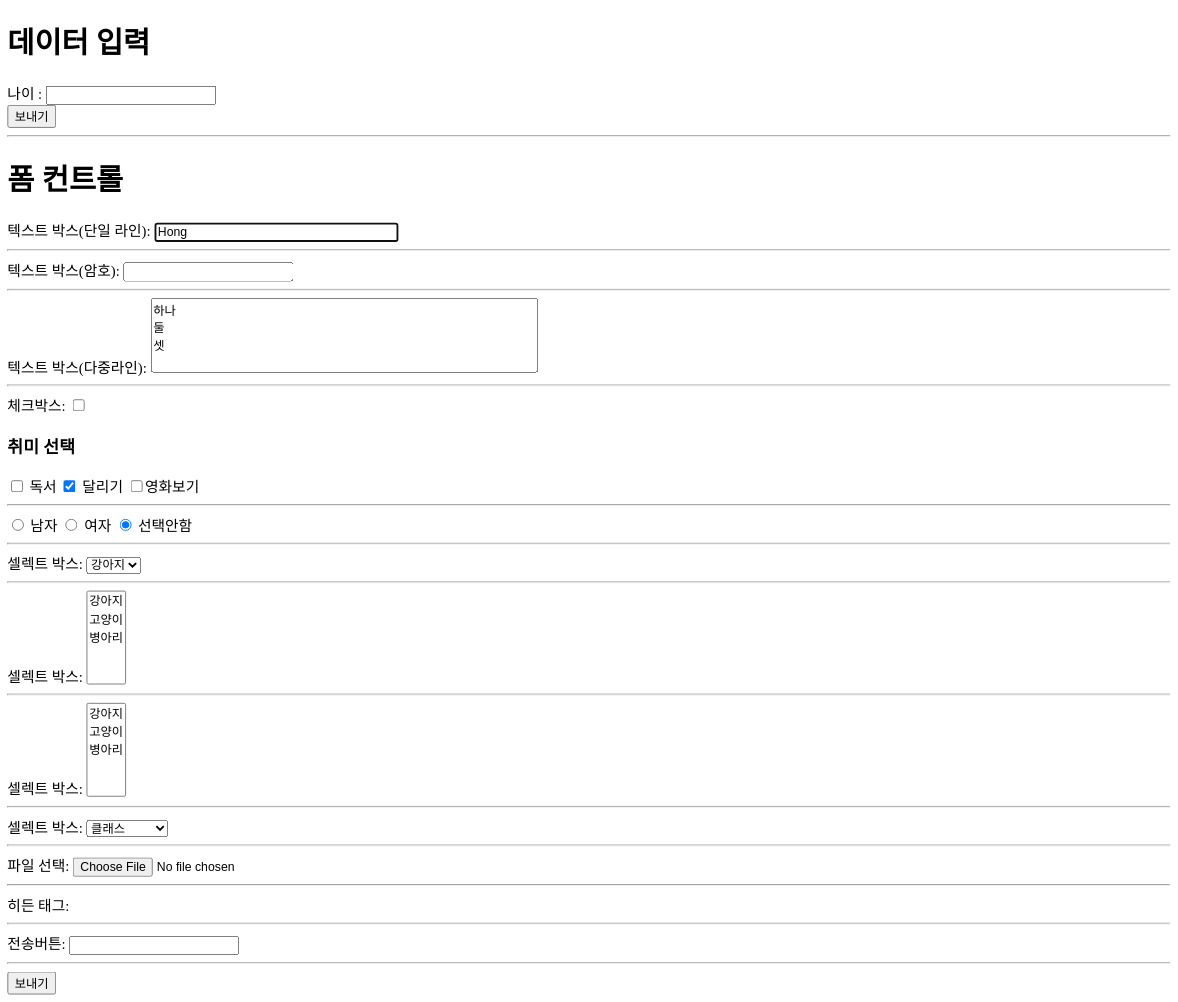
Repository: seula123/Front-End
Page: ClientTest/src/main/webapp/html/ex18_form.html
The author's editor kept a copy of each file at every save. The page is drawn from the files as they stood at one save, then again after the next save.
The browser window is 1280 px wide. The pictures show the whole page, at 92% of full size.

Above is the page before, as saved 2023-09-21 07:28:29.

### ClientTest/src/main/webapp/html/ex18_form.html
<!DOCTYPE html>
<html>
<head>
<meta charset="UTF-8">
<title>Insert title here</title>
</head>
<body>
   <!-- ex18_form.html -->

   <!--

      폼, Form
      - 입력 양식, 입력 컨트롤
      - 클라이언트(사용자)로부터 입력장치(키보드, 마우스, 터치 등)을 통해서 데이터를 입력받는 역할
      - 입력 데이터 > 서버로 전송 > 업무 활용 or 데이터베이스 저장 등..
         ex) 텍스트 박스, 버튼, 체크 박스, 라디오 버튼 등..
      - <form> + <form>의 자식 태그들..

      <form>
      - 모든 입력 컨트롤을 감싸는 컨테이너
      - 스스로는 랜더링 결과가 없다.(출력x)
      - 입력한 값을 서버로 전송하는 역할(******)

      form.method
      - 데이터를 전송하는 방식
      - 택배(일반 택배 | 등기 우편)
      1. POST
         - ex18_server.jsp
         - 데이터를 상자안에 담아서 전송
         - 데이터가 노출 되지 않아 보안이 괜찮음
         - 전송하는 데이터의 최대 길이 제한 > 무제한

      2. GET
         - ex18_server.jsp?age=27
         - 데이터를 송장에 붙여서 전송
         - 전송하는 데이터가 주소창에 노출돼서 보안이 좋지 않음
         - 전송하는 데이터의 최대 길이 제한 > 256자 > 8,000 바이트
         - 긴 데이터는 전송X


      form.action
      - 데이터를 수신하는 서버측 URL
      - 받는 사람 주소
      - 서버측 동작하고 있는 프로그램 주소 > JSP, Servlet, Spring 주소

   -->

   <h1>데이터 입력</h1>

   <form method="GET" action="ex18_server.jsp">
      나이 : <input type="text" name="age">
      <br>
      <input type="submit" value="보내기">
   </form>


   <hr>


   <h1>폼 컨트롤</h1>

   <form method="POST" action="ex18_server.jsp">


   <!--
      <input>
      - 인라인 태그
      - 단독 태그
      - input.type: 입력 컨트롤 종류 지정
      - input.name: 식별자. HTML에서 사용. 서버측과 연동할 때 사용
      - input.id : 식별자. CSS, JavaScript에서 사용
      - input.class: 식별자. CSS, JavaScript에서 사용
      - input.size: 길이(문자 개수)
      - input.maxlength: 최대 입력 길이(글자수) + 유효성 검사
      - input.value: 컨트롤의 입력값(현재 입력값)
      - input.readonly: 읽기 전용(전원 ON) > 서버로 전송이 가능
      - input.disabled: 비활성화(전원 OFF) > 서버로 전송이 불가능
      - input.accesskey: 바로가기(Alt + 설정한 키)
      - input.autofocus: 자동 포커스
      - input.autocomplete: 자동 완성 끄기
   -->

      텍스트 박스(단일 라인):
      <input type="text" name="txt1" id="txt1" class="txt" size="30"
       value="Hong" accesskey="s" autofocus autocomplete="off">

   <hr>

   <!--
      암호 상자, Password Box, Masked Text Box
      - 모든 속성이 텍스트 박스와 동일
      - value 속성은 사용 금지!!
   -->

      텍스트 박스(암호):
      <input type="password">

   <hr>

   <!--
      텍스트 박스(다중라인)
      - <textarea> - 쌍태그
      - 대부분의 속성은 텍스트 박스와 유사
      - maxlength 속성이 없다. > 많은 양의 텍스트를 입력받는 컨트롤
      - value 속성이 없다.
      - size 대신 cols, rows로 크기 지정
   -->

   텍스트 박스(다중라인):
   <textarea cols="50" rows="5" style="resize:none;">
하나
둘
셋
   </textarea>

   <hr>

   <!--
      체크박스
      - 논리값 입력 > 선택을 했느냐 안했느냐
   -->
   체크박스:
   <input type="checkbox">

   <h3>취미 선택</h3>
   <input type="checkbox" id="cb1"> <label for="cb1">독서</label>
   <input type="checkbox" id="cb2" checked> <label for="cb2">달리기</label>
   <label><input type="checkbox">영화보기</label>

   <hr>

   <!--
      라디오 버튼
      - 체크 박스와 유사
   -->

   <input type="radio" name="rbGender"> 남자
   <input type="radio" name="rbGender"> 여자
   <input type="radio" name="rbGender" checked> 선택안함


   <hr>

   <!--

      셀렉트 박스
      - 콤보 박스(Combo)
      - 드랍 다운 리스트(DropDown List)
      - 단일 선택 컨트롤
      - 다중 선택 컨트롤도 가능(multiple 옵션)
   -->

   셀렉트 박스:
   <select>
      <option>강아지</option>
      <option>고양이</option>
      <option>병아리</option>
   </select>

   <hr>

   셀렉트 박스:
   <select size="5">
      <option>강아지</option>
      <option>고양이</option>
      <option>병아리</option>
   </select>

   <hr>

   셀렉트 박스:
   <select size="5" multiple>
      <option>강아지</option>
      <option>고양이</option>
      <option>병아리</option>
   </select>

   <hr>

   셀렉트 박스:
   <select>
      <optgroup label="자바">
         <!-- <option>◎자바◎</option> -->
         <option>클래스</option>
         <option>메소드</option>
         <option>배열</option>
      </optgroup>

      <optgroup label="오라클">
         <!-- <option>◎오라클◎</option> -->
         <option>테이블</option>
         <option>서브쿼리</option>
         <option>조인</option>
         <option>프로시저</option>
      </optgroup>

      <optgroup label="HTML">
         <!-- <option>◎HTML◎</option> -->
         <option>태그</option>
         <option>엔티티</option>
         <option>PCDATA</option>
      </optgroup>
   </select>

   <hr>

   <!--
      파일 업로드
      - 첨부 파일
      - 열기 대화 상자(Open File Dialog Box) 호출
   -->

   파일 선택:
   <input type="file">

   <hr>

   <!-- 히든 태그
 	- 눈에 보이지 않음
 	- 개발자용
 	- 서버로 보낼 데이터 > 사용자에게 보이고 싶지 않은 경우
 	- 눈에 안보이는 텍스트 박스
  -->
   히든 태그:
   <input type="hidden" name = "txtName" value = "홍길동">
   <hr>

   <!--

   	버튼ㅇ들

    -->
   전송버튼: <input type "submit">



   <hr>
   <input type="submit" value="보내기">


   </form>

</body>
</html>

After the next save:
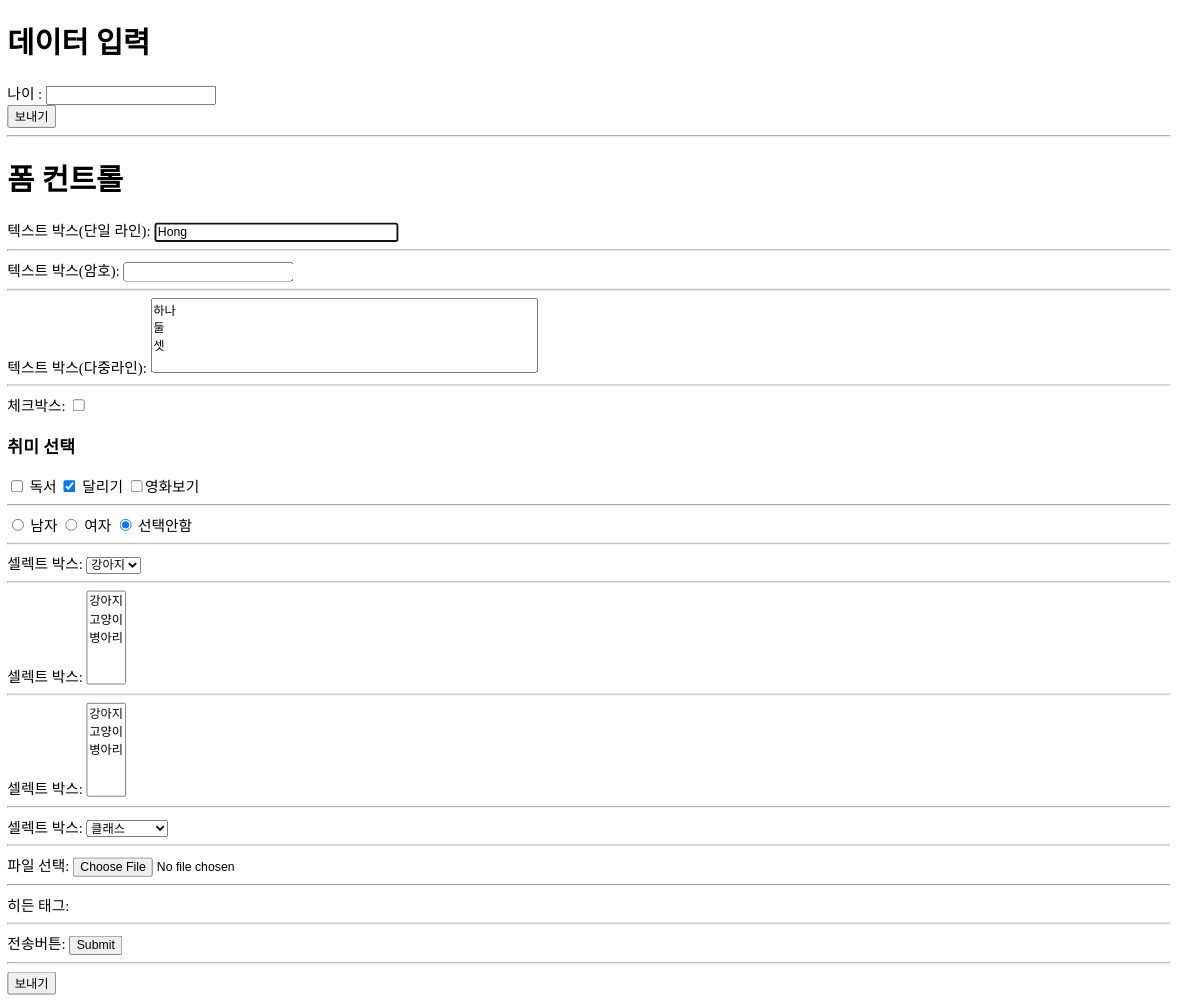
Saved 34 s later.
--- a/ClientTest/src/main/webapp/html/ex18_form.html
+++ b/ClientTest/src/main/webapp/html/ex18_form.html
@@ -230,7 +230,8 @@
    	버튼ㅇ들
 
     -->
-   전송버튼: <input type "submit">
+   전송버튼: <input type = "submit">
+
 
 
 
